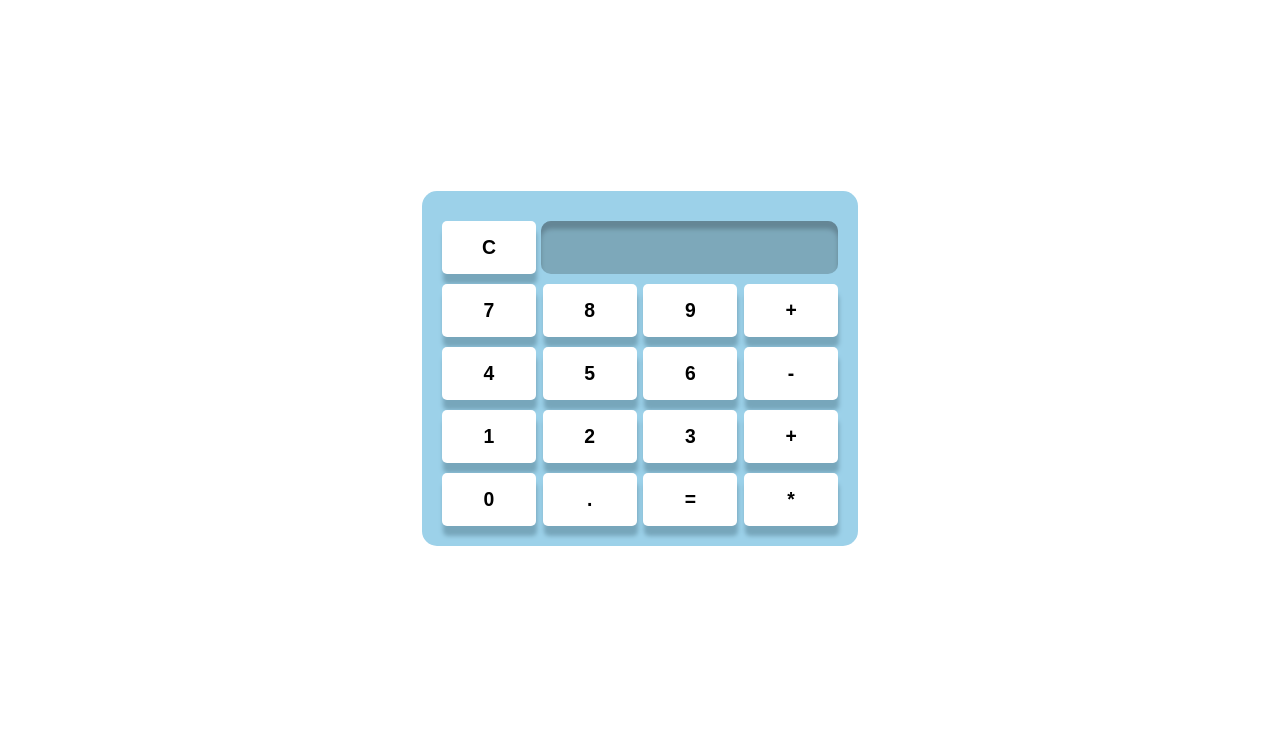
Repository: sem1103/calculator
Page: index.html
These files come from the project's save history. The page is drawn as it stood at one moment and after the next save; the edit follows.
The browser window is 1280 px wide. The pictures show the whole page.

Above is the page before, as saved 2023-11-01 19:57:02.

### index.html
<!DOCTYPE html>
<html lang="en">

<head>
    <meta charset="UTF-8">
    <meta name="viewport" content="width=device-width, initial-scale=1.0">
    <title>Calc</title>
    <style>
        * {
            box-sizing: border-box;
            font: bold 1.1rem arial;
        }

        .calc__container {
            display: flex;
            justify-content: center;
            height: 100vh;
            align-items: center;
        }

        .calc__wrapper {
            max-width: 900px;
            background-color: #9cd1e9;
            padding: 20px;
            border-radius: 15px;
        }

        .calc__display {
            box-shadow: inset 0px 8px 4px 0px #658695;
            background-color: #7da8ba;
            flex: 1;
            border-radius: 10px;
        }

        .calc__main,
        .calc__header {
            display: flex;
            flex-direction: row;
            flex-wrap: wrap;
            justify-content: space-between;
            row-gap: 10px;
            column-gap: 5px;

        }

        .calc__header {
            margin: 10px 0;
        }

        button {
            padding: 15px 5px;
            text-align: center;
            background-color: #fff;
            box-shadow: 1px 10px 4px #77a6bb;
            flex-basis: calc(25% - 5px);
            border: 0;
            border-radius: 5px;
            cursor: pointer;

        }
    </style>
</head>

<body>
    <div class="calc__container">
        <div class="calc__wrapper">
            <div class="calc__header">
                <button>C</button>
                <div class="calc__display">

                </div>
            </div>
            <div class="calc__main">
                <button>7</button>
                <button>8</button>
                <button>9</button>
                <button>+</button>
                <button>4</button>
                <button>5</button>
                <button>6</button>
                <button>-</button>
                <button>1</button>
                <button>2</button>
                <button>3</button>
                <button>+</button>
                <button>0</button>
                <button>.</button>
                <button>=</button>
                <button>*</button>
            </div>
        </div>
    </div>
</body>

</html>

After the next save:
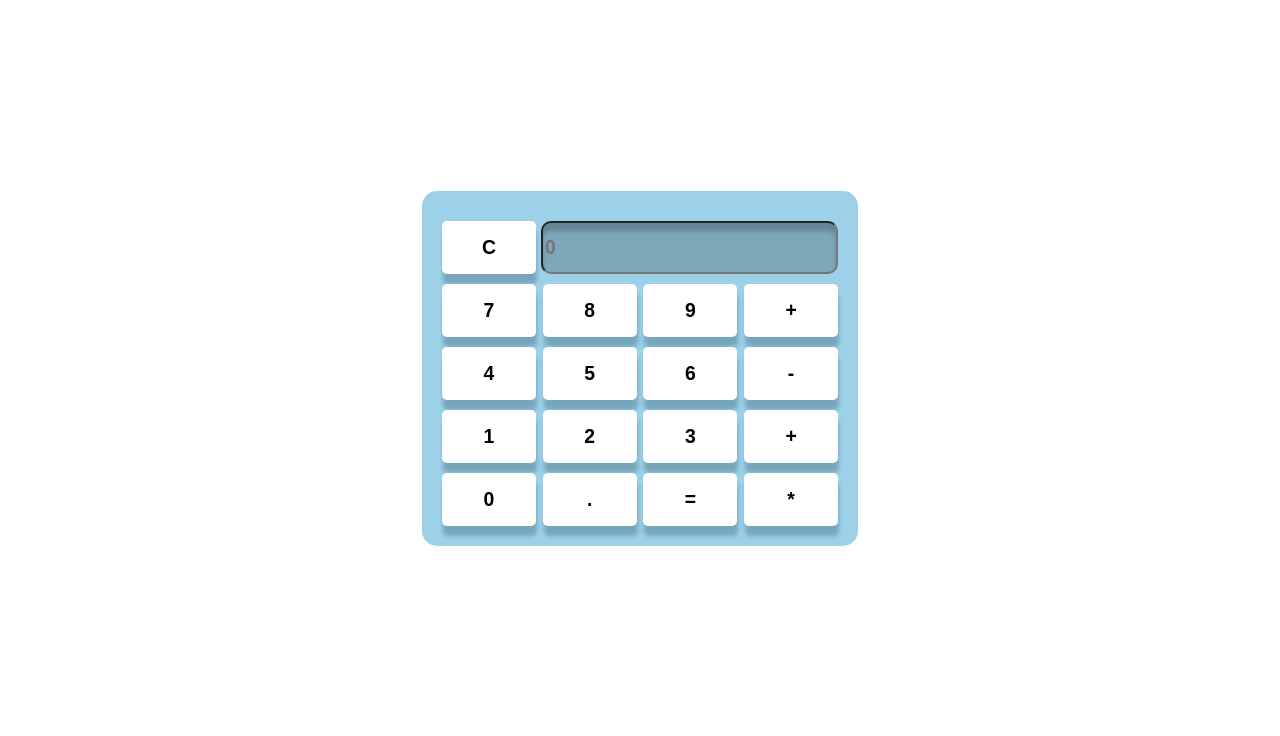
Saved 53 s later.
--- a/index.html
+++ b/index.html
@@ -66,9 +66,9 @@
         <div class="calc__wrapper">
             <div class="calc__header">
                 <button>C</button>
-                <div class="calc__display">
+                <input class="calc__display" type="text" placeholder="0">
 
-                </div>
+            </input>
             </div>
             <div class="calc__main">
                 <button>7</button>
